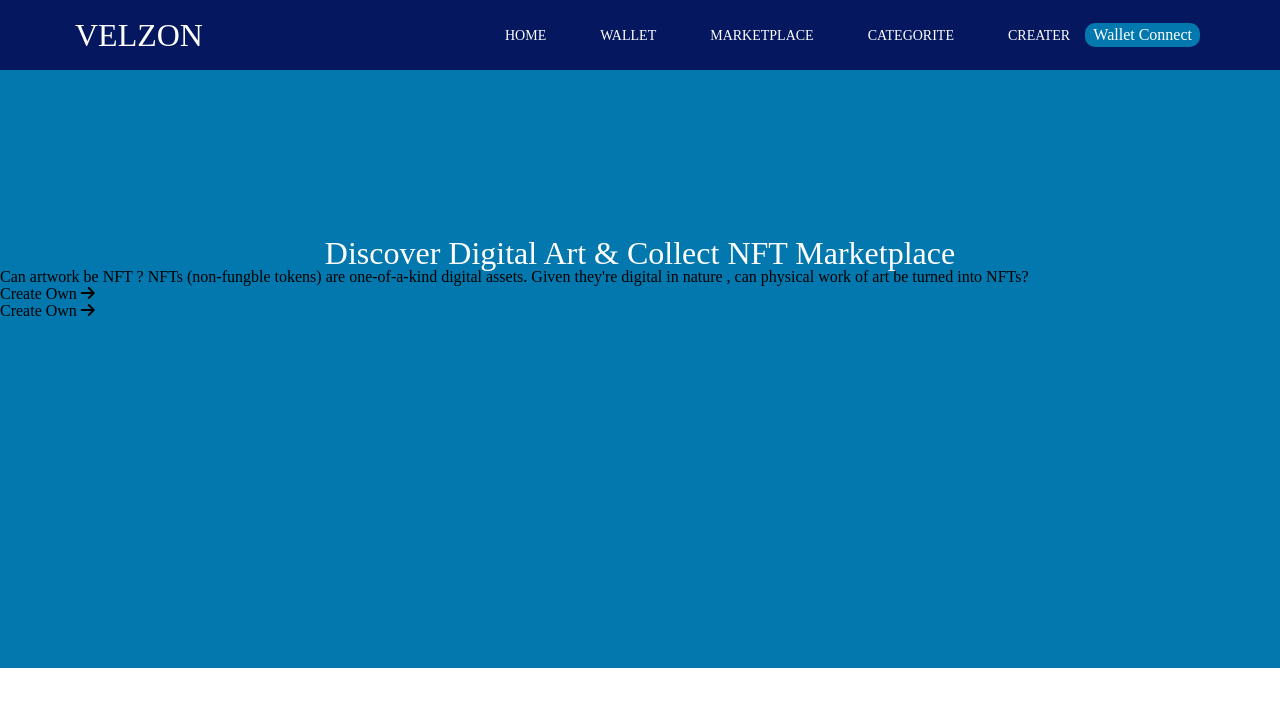
Repository: HuynhDuc23/Webvideodesgin
Page: index.html
The author's editor kept a copy of each file at every save. The page is drawn from the files as they stood at one save, then again after the next save.
The browser window is 1280 px wide. The pictures show the whole page.
The style sheet was rebuilt from its Sass, Less or Tailwind sources for each picture, by a compiler version that may differ from the author's.

Above is the page before, as saved 2023-04-25 11:58:01.

After the next save:
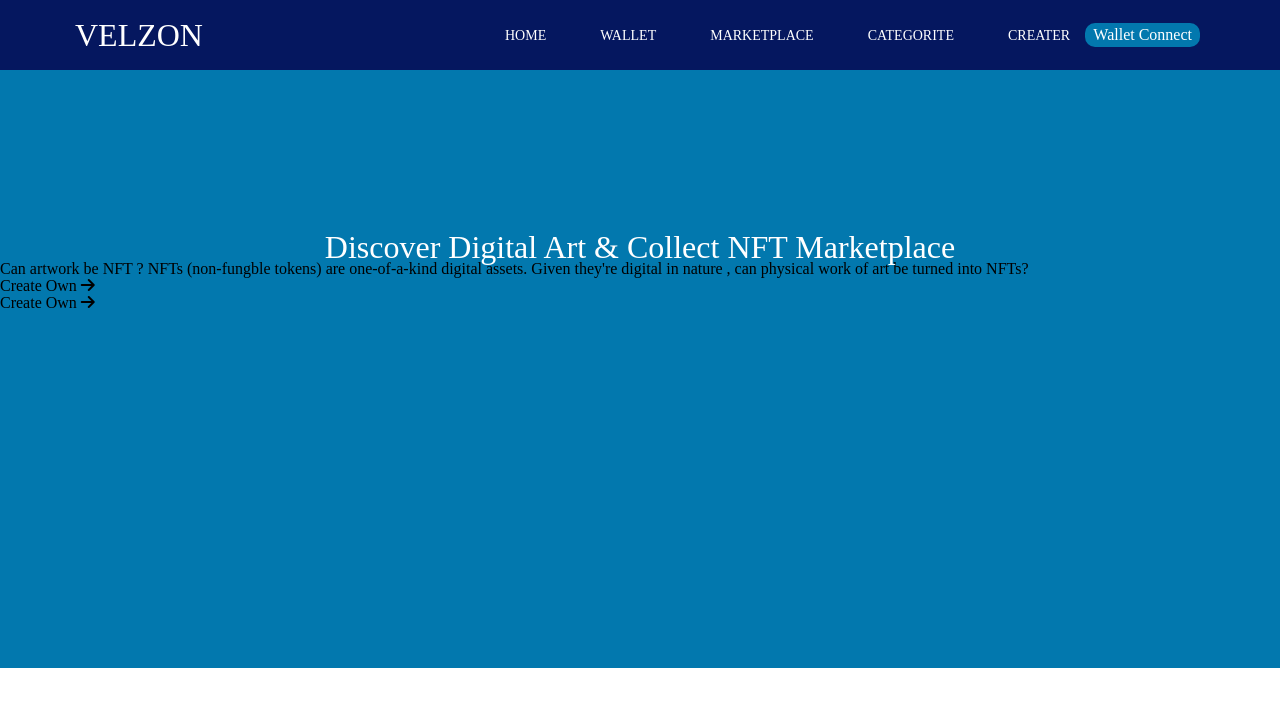
Saved 69 s later.
--- a/style.scss
+++ b/style.scss
@@ -85,5 +85,6 @@ html {
         font-size: xx-large;
         // text-align: center;
         display: inline-block;
+        line-height: 21px;
     }
 }
